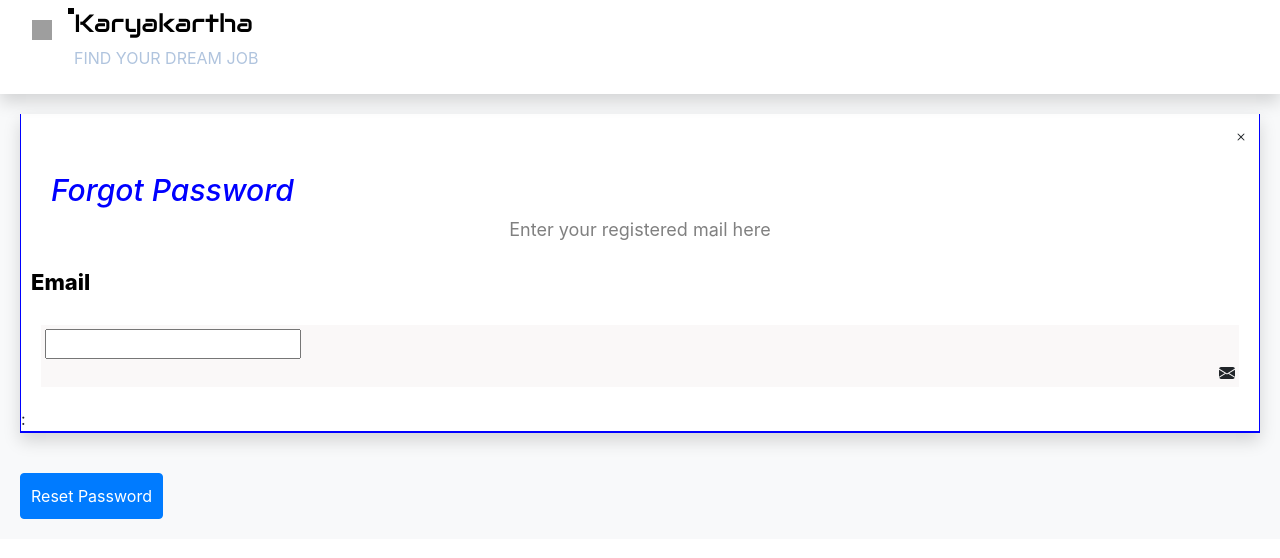
Repository: siri548/Karyakartha
Page: forgotPage.html
The author's editor kept a copy of each file at every save. The page is drawn from the files as they stood at one save, then again after the next save.
The browser window is 1280 px wide. The pictures show the whole page.
Pictures or frames that could not be fetched are drawn as grey boxes.

Above is the page before, as saved 2023-11-04 18:09:16.
Console error (its wording comes from the project's code and is left out).

### forgotPage.html
<!DOCTYPE html>
<html lang="en">

<head>
    <meta charset="UTF-8">
    <meta name="viewport" content="width=device-width, initial-scale=1.0">
    <link rel="stylesheet" href="https://cdn.jsdelivr.net/npm/bootstrap@4.6.2/dist/css/bootstrap.min.css">
    <link rel="stylesheet" href="https://cdnjs.cloudflare.com/ajax/libs/font-awesome/6.4.0/css/all.min.css">

    <script src="https://cdn.jsdelivr.net/npm/bootstrap@4.6.2/dist/js/bootstrap.bundle.min.js" integrity="sha384-Fy6S3B9q64WdZWQUiU+q4/2Lc9npb8tCaSX9FK7E8HnRr0Jz8D6OP9dO5Vg3Q9ct" crossorigin="anonymous"></script>
    <script src="https://cdn.jsdelivr.net/npm/jquery@3.5.1/dist/jquery.slim.min.js" integrity="sha384-DfXdz2htPH0lsSSs5nCTpuj/zy4C+OGpamoFVy38MVBnE+IbbVYUew+OrCXaRkfj" crossorigin="anonymous"></script>
    <script src="https://cdn.jsdelivr.net/npm/popper.js@1.16.1/dist/umd/popper.min.js" integrity="sha384-9/reFTGAW83EW2RDu2S0VKaIzap3H66lZH81PoYlFhbGU+6BZp6G7niu735Sk7lN" crossorigin="anonymous"></script>

    <link rel="stylesheet" href="https://fonts.googleapis.com/css?family=Audiowide">

    <link rel="stylesheet" text="css/text" href="forgotPage.css">
</head>

<body>
    <div class="bg-forgotPage bg-light">
        <nav class="navbar navbar-expand-lg navbar-light bg-white shadow">
            <div class="d-flex flex-row justify-content-between">
                <div>
                    <a class=" navbar-brand " href="# ">

                        <svg xmlns="http://www.w3.org/2000/svg" width="16" height="16" fill="currentColor" class="bi bi-search" viewBox="0 0 16 16"><img src="D:\icons\trend.png " class="inner-icon" />
<path  d        = "M11.742 10.344a6.5 6.5 0 1 0-1.397 1.398h-.001c.03.04.062.078.098.115l3.85 3.85a1 1 0 0 0 1.415-1.414l-3.85-3.85a1.007 1.007 0 0 0-.115-.1zM12 6.5a5.5 5.5 0 1 1-11 0 5.5 5.5 0 0 1 11 0z"/>
</svg>

                    </a>
                </div>
                <div class="forgotPage-verticlelineBrandname">
                </div>
                <div>
                    <h1 class="karykartaname">Karyakartha </h1>
                    <p class="karyakartha-tagline">FIND YOUR DREAM JOB</p>
                </div>
            </div> <button class=" navbar-toggler " type="button " data-toggle="collapse " data-target="#navbarNavAltMarkup " aria-controls="navbarNavAltMarkup " aria-expanded="false " aria-label="Toggle navigation ">
                    <span class="navbar-toggler-icon "></span>
                    </button>
            <div class="collapse navbar-collapse " id="navbarNavAltMarkup ">
                <div class="navbar-nav ml-auto ">
                    <a class="nav-link active " href="# ">
                        <span class="sr-only "></span>
                    </a>
                    <a class="nav-link " href="# "></a>
                    <a class="nav-link " href="# "></a>
                    <a class="nav-link " href="# "></a>
                </div>
            </div>
        </nav>
        <div class="forgotPage-card shadow">
            <div class="text-right ">
                <svg xmlns="http://www.w3.org/2000/svg" width="16" height="16" fill="currentColor" class="bi bi-x" viewBox="0 0 16 16">
<path d     = "M4.646 4.646a.5.5 0 0 1 .708 0L8 7.293l2.646-2.647a.5.5 0 0 1 .708.708L8.707 8l2.647 2.646a.5.5 0 0 1-.708.708L8 8.707l-2.646 2.647a.5.5 0 0 1-.708-.708L7.293 8 4.646 5.354a.5.5 0 0 1 0-.708z"/>
</svg>

                <i class="forgotPage-closeIcon bi bi-x"></i>
            </div>

            <h1 class="forgotHeading ">Forgot Password</h1>
            <div class="text-center">
                <p class="forgotPage-para">Enter your registered mail here</p>
            </div>
            <div>
                <h1 class="forgotPage-emailHeading ">Email</h1>
            </div>
            <div class="forgotPage-inputContainer ">
                <input type="text" paceholder=" enter your mail.. ">
                <div class="text-right">



                    <svg xmlns="http://www.w3.org/2000/svg" width="16" height="16" fill="currentColor" class="bi bi-envelope-fill " viewBox="0 0 16 16">
<path d     = "M.05 3.555A2 2 0 0 1 2 2h12a2 2 0 0 1 1.95 1.555L8 8.414.05 3.555ZM0 4.697v7.104l5.803-3.558L0 4.697ZM6.761 8.83l-6.57 4.027A2 2 0 0 0 2 14h12a2 2 0 0 0 1.808-1.144l-6.57-4.027L8 9.586l-1.239-.757Zm3.436-.586L16 11.801V4.697l-5.803 3.546Z"/>
</svg>



                </div>
            </div>:
        </div>
        <button class=" btn btn-primary forgotPage-resetButton ">Reset Password</button>

    </div>
    </div>
</body>

</html>

</html>

### forgotPage.css
.bg-forgotpage {
    background-color: lightgrey;
}

.outer-icon {
    color: blue;
    width: 20px;
    height: 20px;
    background-size: cover;
}

.inner-icon {
    color: blue;
    font-size: 20px;
    width: 20px;
    height: 20px;
}

.forgotPage-verticlelineBrandname {
    width: 1px;
    height: 100%;
    background-color: black;
    padding: 3px;
}

.karykartaname {
    font-size: 25px;
    color: black;
    font-family: "Audiowide", sans-serif;
}

.forgotPage-card {
    background-color: white;
    border-color: blue;
    border-top: 0px;
    border-right: 1px solid blue;
    border-left: 1px solid blue;
    border-bottom: 2px solid blue;
    margin: 20px;
}

.forgotPage-closeIcon {
    color: black;
    font-size: 25px;
    padding-right: 10px;
}

.forgotHeading {
    color: blue;
    font-size: 30px;
    padding-left: 30px;
    padding-top: 20px;
    font-style: italic;
}

.karyakartha-tagline {
    color: lightsteelblue;
    font-size: 16px;
}

.forgotPage-para {
    color: grey;
    font-size: 18px;
}

.forgotPage-emailHeading {
    color: black;
    font-weight: 800;
    font-size: 22px;
    padding: 10px;
}

.forgotPage-envelopeIcon {
    color: rgb(29, 20, 20);
    font-size: 18px;
}

.forgotPage-inputContainer {
    background-color: rgb(250, 248, 248);
    padding: 4px;
    margin: 20px;
}

.forgotPage-input {
    background-color: rgb(250, 248, 248);
    border-width: 0px;
}

.forgotPage-resetButton {
    padding: 10px;
    text-align: center;
    margin: 20px;
    width: fit-content;
}

After the next save:
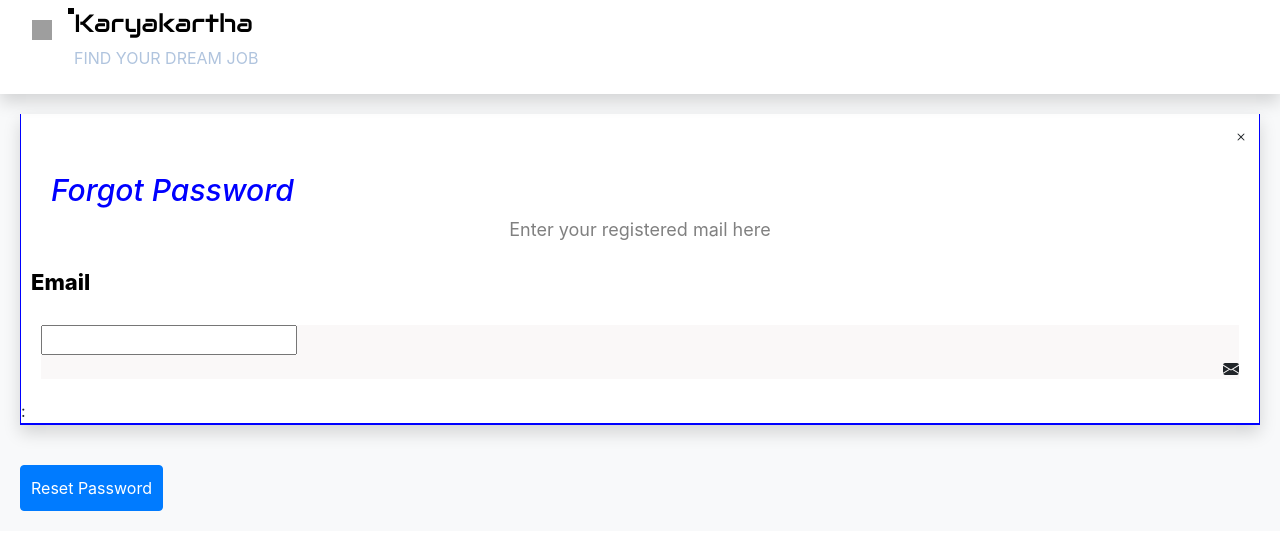
Saved 20 s later.
--- a/forgotPage.css
+++ b/forgotPage.css
@@ -77,7 +77,6 @@
 
 .forgotPage-inputContainer {
     background-color: rgb(250, 248, 248);
-    padding: 4px;
     margin: 20px;
 }
 
